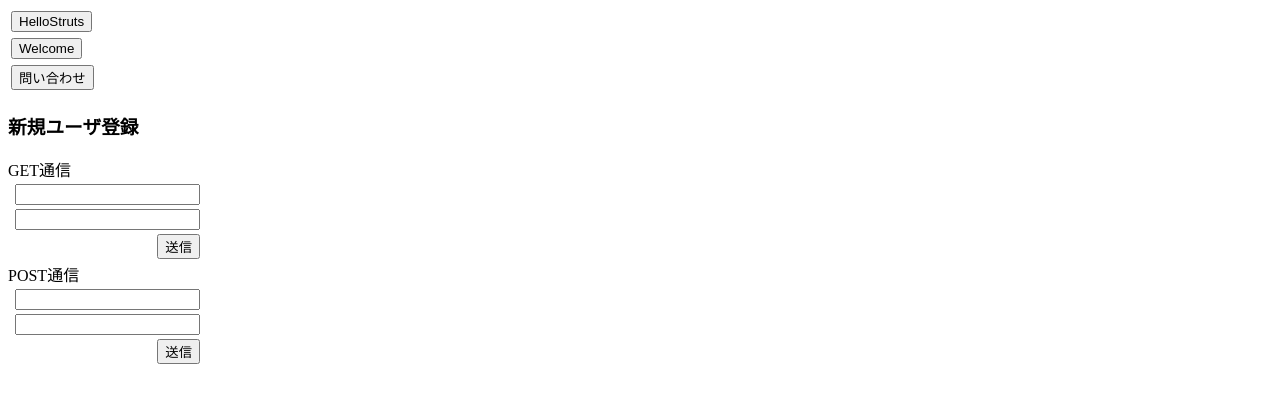
Repository: ryousukefujita-0423/test
Page: http://localhost/Webproj4/
An editor plug-in stored every save of this project. The page is shown before and after the next save, followed by the edit.
The browser window is 1280 px wide. The pictures show the whole page.
The page is served by Tomcat 9. Other server files are loaded and not shown.

Above is the page before, as saved 2019-02-28 02:47:57.

### Webproj4/WebContent/index.jsp
<%@ page language="java" contentType="text/html; charset=UTF-8"
	pageEncoding="UTF-8"%>
<%@ taglib prefix="s" uri="/struts-tags"%>
<!DOCTYPE html>
<html>
<head>
<meta charset="UTF-8">
<title>INDEX</title>
</head>
<body>
	<s:form action="HelloStrutsAction">
		<s:submit value="HelloStruts" />
	</s:form>
	<s:form action="WelcomeAction">
		<s:submit value="Welcome"></s:submit>
	</s:form>
	<s:form action="InquiryAction">
		<s:submit value="問い合わせ"></s:submit>
	</s:form>
	<h3>新規ユーザ登録</h3>
	GET通信
	<br>
	<s:form method="get" action="TestAction">
		<s:textfield name="username" />
		<s:password name="password" />
		<s:submit value="送信" />
	</s:form>
	POST通信
	<br>
	<s:form method="post" action="TestAction">
		<s:textfield name="username" />
		<s:password name="password" />
		<s:submit value="送信" />
	</s:form>
</body>
</html>

After the next save:
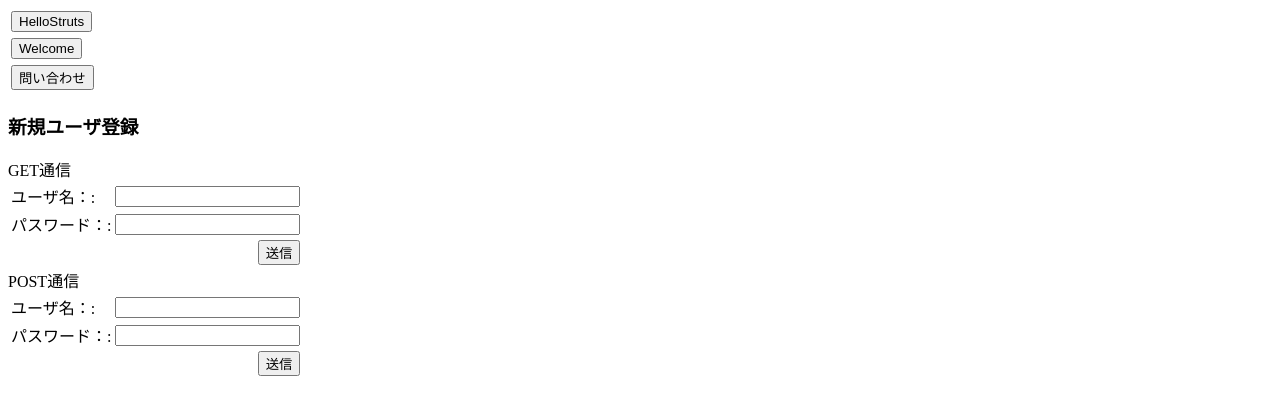
Saved 82 s later.
--- a/Webproj4/WebContent/index.jsp
+++ b/Webproj4/WebContent/index.jsp
@@ -21,15 +21,15 @@
 	GET通信
 	<br>
 	<s:form method="get" action="TestAction">
-		<s:textfield name="username" />
-		<s:password name="password" />
+		<s:textfield name="username" label="ユーザ名：" />
+		<s:password name="password" label="パスワード：" />
 		<s:submit value="送信" />
 	</s:form>
 	POST通信
 	<br>
 	<s:form method="post" action="TestAction">
-		<s:textfield name="username" />
-		<s:password name="password" />
+		<s:textfield name="username" label="ユーザ名：" />
+		<s:password name="password" label="パスワード：" />
 		<s:submit value="送信" />
 	</s:form>
 </body>
